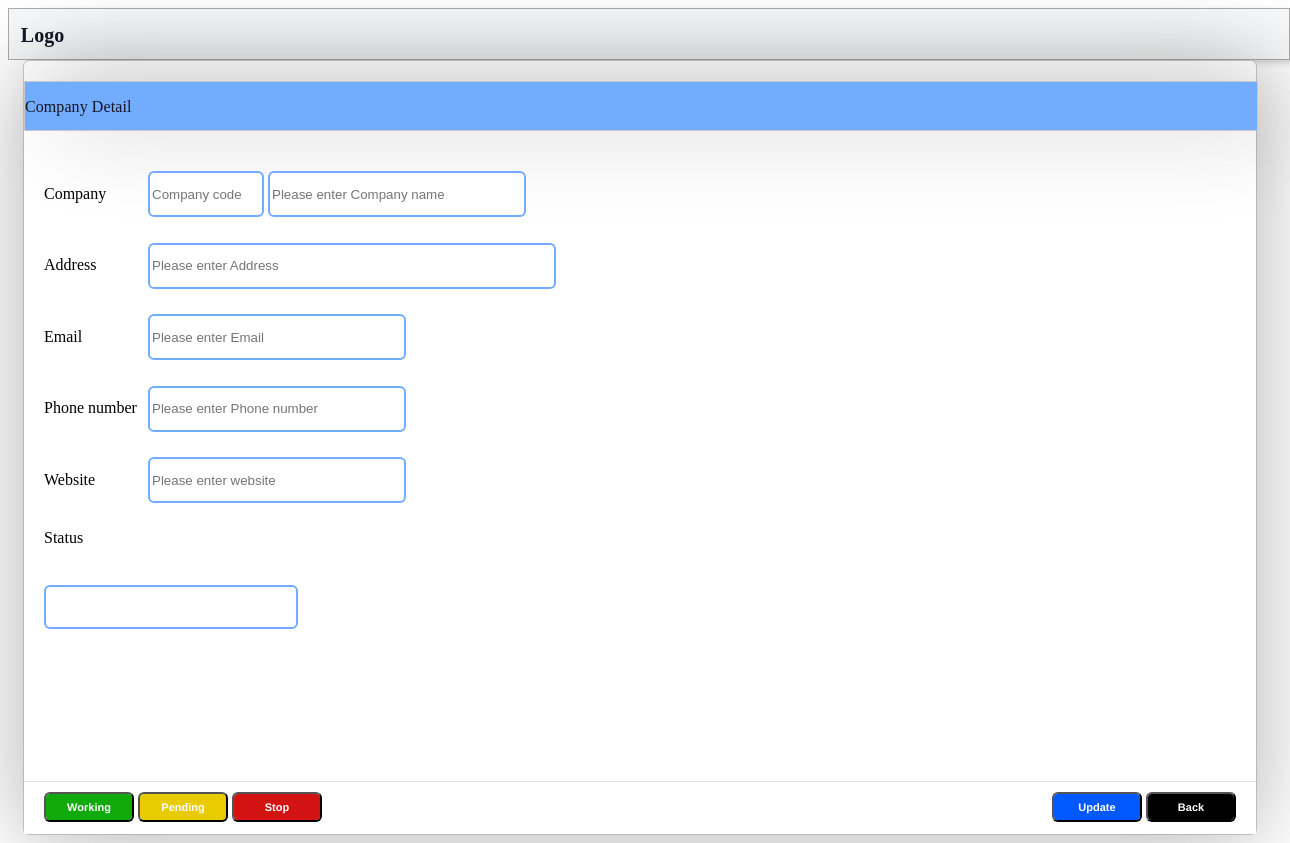
Repository: Zain1409/company
Page: client/html/CompanyDetail.html
These files come from the project's save history. The page is drawn as it stood at one moment and after a run of saves; the edit follows.
The browser window is 1280 px wide. The page is 1290 px wide, so the pictures cover 1290 px, including what lies to the right of the window. The pictures show the whole page.

Above is the page before, as saved 2021-04-08 16:24:24.
Console error: TypeError: Cannot read properties of undefined (reading 'data')

After the next 7 saves:
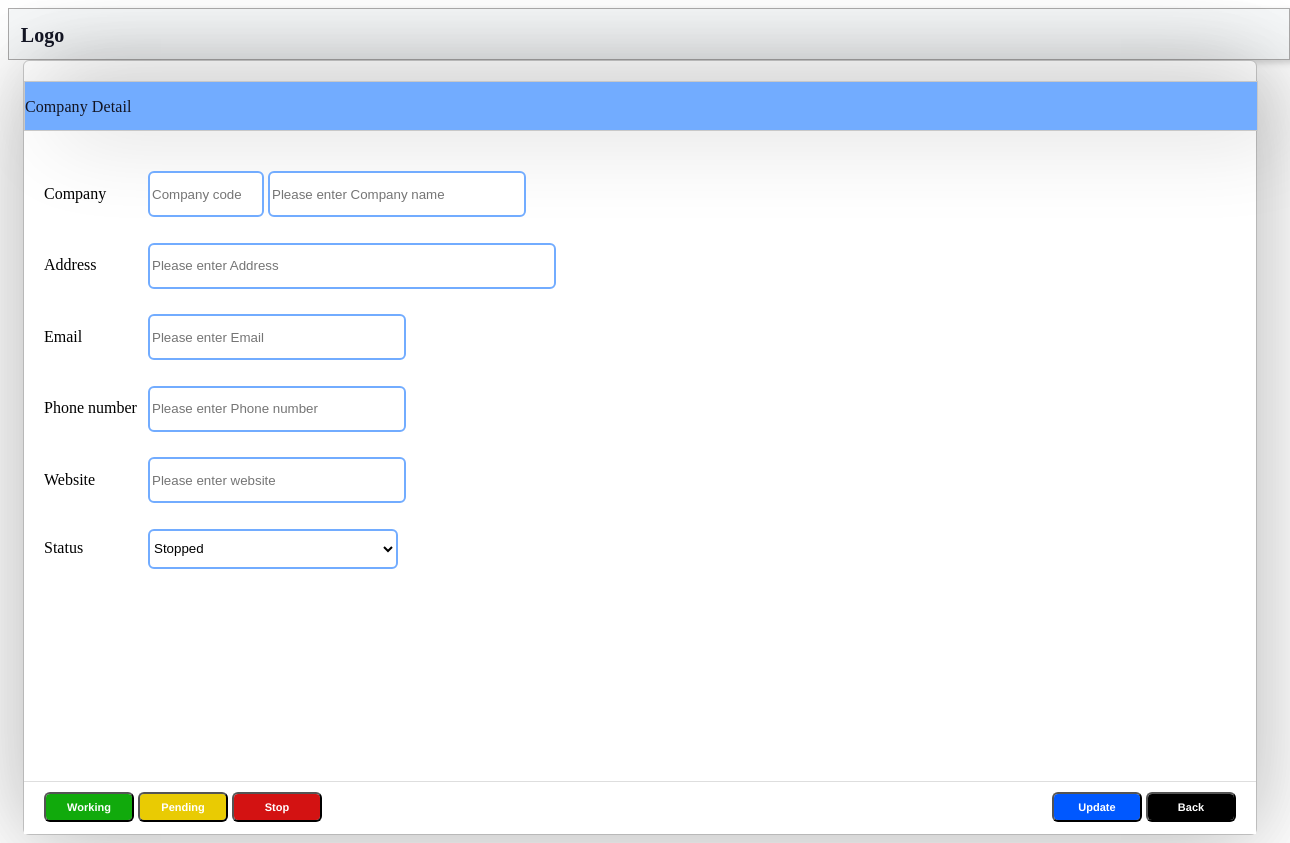
The 7 saves are shown as one change because they came seconds apart.
The last was saved 24 s later.
--- a/client/html/CompanyDetail.html
+++ b/client/html/CompanyDetail.html
@@ -33,8 +33,12 @@
                 <label id="properties">Website</label> <input id="website" type="text" placeholder="Please enter website " >
                 <br>
                 <br>
-                <label id="properties">Status</label> <p id="form_select"></p>
-
+                <label id="properties">Status</label> <select name="" id="form_select">
+                    <option value="stopped">Stopped</option>
+                    <option value="Working">Working</option>
+                    <option value="Pending">Pending</option>
+                    </select>
+                </select>
             </form>
             <div id="footer">
                 <div id="button_left">
